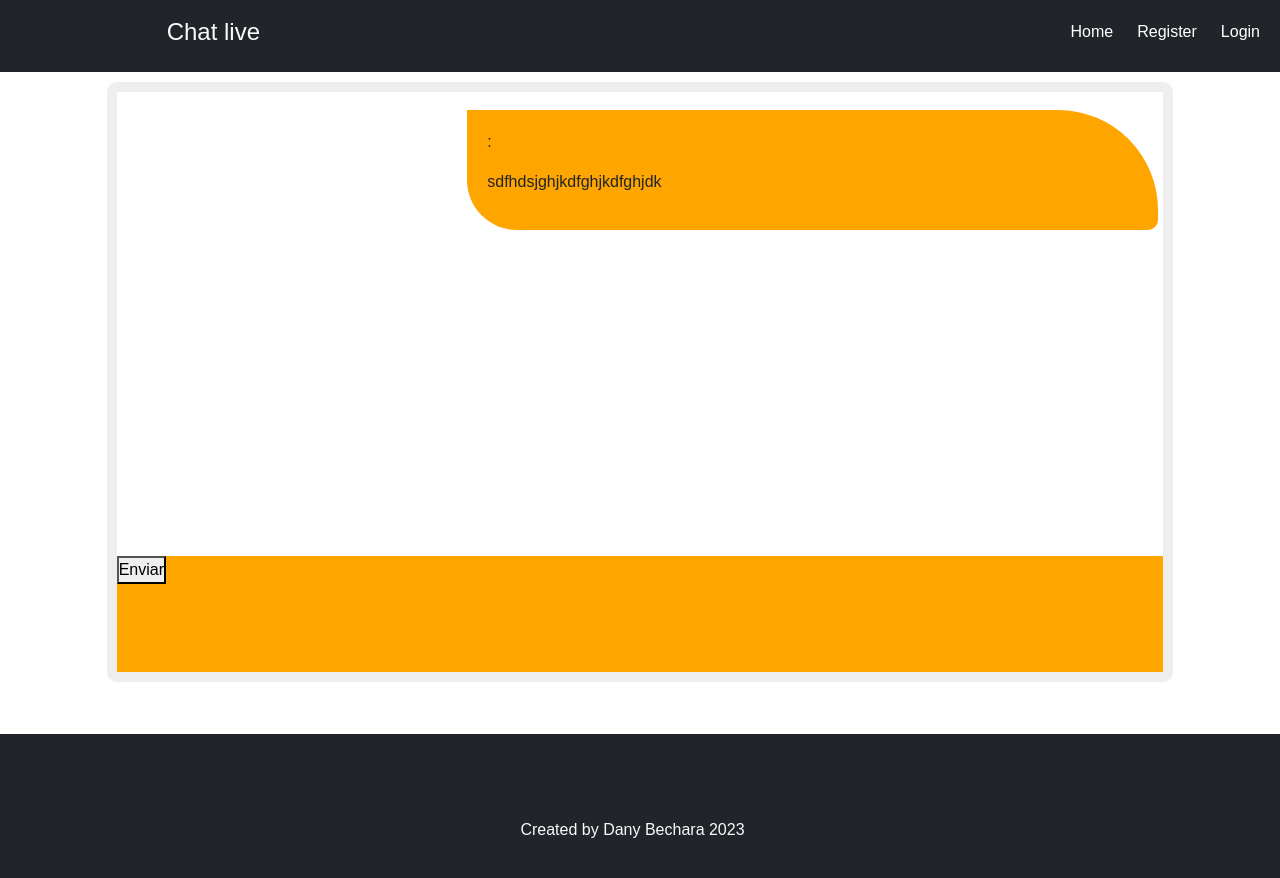
Repository: bechara611/chatv2
Page: /chat
The author's editor kept a copy of each file at every save. The page is drawn from the files as they stood at one save, then again after the next save.
The browser window is 1280 px wide. The pictures show the whole page.
The page's requests for data from a server got no answer. The project was rebuilt for these pictures with package versions that can differ from the ones it lists, and the page was loaded fresh each time. Some packages were replaced by stand-ins written for this rebuild. No one was signed in, and anything a server would have sent is missing. Also part of the build but not shown: src/hooks/useForm.jsx, src/api/Instance.jsx, src/auth/hooks/useAuth.jsx, src/auth/components/login.jsx, src/auth/components/register.jsx, src/ui/components/Home.jsx, src/App.css.

Above is the page before, as saved 2023-03-15 17:44:54.

### src/index.js
import React from 'react';
import ReactDOM from 'react-dom/client';
import './index.css';
import { App2 } from './App';
import { BrowserRouter } from 'react-router-dom';
import 'bootstrap/dist/css/bootstrap.min.css'
import 'bootstrap/dist/js/bootstrap.bundle.js'
import 'animate.css'
import { Provider } from 'react-redux';
import { store } from './store/Store';
const root = ReactDOM.createRoot(document.getElementById('root'));
root.render(
  <Provider store={store}>
    <BrowserRouter>
      <App2 />
    </BrowserRouter>
  </Provider>
);

### src/index.css
*{
  font-family: 'Poppins',sans-serif;
}

### src/App.js
import React from 'react'
import { Rutas } from './Router/Routes';
import { Header } from './ui/components/Header';
import './App.css'
import { Footer } from './ui/components/Footer';
import { Caparazon } from './ui/components/Caparazon';
import { ContenedorPrincipal } from './ui/components/ContenedorPrincipal';

export const App2 = () => {
  return (
    <>
      <Caparazon>
        <Header></Header>
        <ContenedorPrincipal> {/*El contenedor principal a su vez lleva sus hijos dos elementos, el footer que le pusimos absolute para ubicarlo de ultimo y el MainCuerpo que tienes las rutas */}
          <Rutas></Rutas>{/*Este MainCuerpo tiene las rutas de la aplicacion, es el main de la pagina y lo que va a cambiar dependiendo donde estemos */}
          <div className='mb-5 pb-5'></div>

          <Footer></Footer>  {/*Este es el footer que utilizamos para el pie de pagina, tiene posicion absolute como dije anteriormnete */}
        </ContenedorPrincipal>


      </Caparazon>
    </>
  )
}

### src/store/Store.js
import { configureStore } from "@reduxjs/toolkit";
import { AuthSlice } from "../auth/slices/authSlice";
import chatSlice from "../chat/slices/chatSlice";


export const store = configureStore({
    reducer:{
        auth:AuthSlice.reducer,
        chatSlice:chatSlice.reducer
    },
    middleware:(middleware)=>{
        return middleware({
            serializableCheck:false,
        })
    }

})

### src/Router/Routes.jsx
import React from 'react'
import { Navigate, Route, Routes } from 'react-router-dom'
import { Login } from '../auth/components/login'
import { Register } from '../auth/components/register'
import { Chat } from '../chat/components/Chat'
import { Home } from '../ui/components/Home'

export const Rutas = () => {

    return (

        <Routes>
            <Route path='/' element={<Home></Home>}></Route>
            <Route path='/login' element={<Login></Login>}></Route>
            <Route path='/register' element={<Register></Register>}></Route>
            <Route path='/chat' element={<Chat></Chat>}></Route>
            <Route path='/*' element={<Navigate to={'/'}></Navigate>}></Route>
        </Routes>

    )
}

### src/ui/components/Header.jsx
import React, { useEffect } from 'react'
import { useDispatch, useSelector } from 'react-redux';
import { NavLink, useNavigate } from 'react-router-dom'
import { logout } from '../../auth/slices/authSlice';
import './Header.css'
export const Header = () => {
  const navegar= useNavigate()
  const authState = useSelector((state)=>state.auth);
  const dispatch = useDispatch();
  useEffect(() => {


    return () => {

    }
  }, [])

  return (
    <>

      <div className=" bg-dark contenedor-header col-12">
        <div className="titulo-header col-sm-4 col-12">
          <h4 className='text-light'>Chat live</h4>

        </div>
        <div className="col-sm-8 col-12  contenedor-menu">
          <nav className=' m-2 nav'>

            <NavLink className={ ({isActive}) => `item-menu  ${ isActive ? 'activeLink':'' }` } to={'/'} >Home</NavLink>
            {
              authState.token && authState.name && authState.email ?
              <NavLink className={ ({isActive}) => `item-menu  ${ isActive ? 'activeLink':'' }` } to={'/chat'} >Chat</NavLink>
              :<></>
            }

            <NavLink className={ ({isActive}) => `item-menu  ${ isActive ? 'activeLink':'' }` } to={'/register'} >Register</NavLink>
            {authState.token && authState.name && authState.email ?
              <NavLink className={ ({isActive}) => `item-menu  }` } to={'/login'} onClick={()=>{
                localStorage.removeItem('email')
                localStorage.removeItem('token')
                localStorage.removeItem('name')

                navegar('/login')
                dispatch(logout())
              }} >Logout</NavLink>
              :
              <NavLink className={ ({isActive}) => `item-menu  ${ isActive ? 'activeLink':'' }` } to={'/login'} >Login</NavLink>
            }

            </nav>
        </div>




      </div>
    </>

  )
}

### src/ui/components/Footer.jsx
import React from 'react'
import './Footer.css'


let linkdn="https://linkedin.com/in/DanyBechara";
let correo="mailto:bechara611@gmail.com";
let blank='_blank';
let github='https://github.com/bechara611';
let whatssap='https://wa.me/584120361952';

export const Footer = () => {
  return (
    <>

      {/*Aca este footer le estamos colocando una posicion absolute y a su padre relativa para poder ubicarlo al final de su div padre */}
      <div className="footer  col-12  mt-2 bg-dark">
      <a href={linkdn} target={blank} className='animate__animated animate__lightSpeedInLeft'><i className=" linkdin fa-brands fa-linkedin iconoRedes"></i></a>
      <a href={whatssap} target={blank}  className='animate__animated animate__lightSpeedInLeft'><i className="whatssap fa-brands fa-whatsapp iconoRedes"></i></a>
      <a href={correo} target={blank}  className='animate__animated animate__lightSpeedInLeft'><i className="gmail fa-solid  fa-envelope iconoRedes"></i></a>
      <a href={github} target={blank}  className='  animate__animated animate__lightSpeedInLeft'><i className=" github fa-brands fa-github iconoRedes"></i></a>

     <div className="col-12 contenedor-mensaje-footer mt-1">
     <div className="col-12 contenedor-mensaje-footer">
     <p className='mensaje text-light'>Created by Dany Bechara {new Date().getFullYear().toString()}</p>
     </div>

     </div>
      </div>
    </>

  )
}

### src/ui/components/Caparazon.jsx
import React from 'react'
import './Caparazon.css'
export const Caparazon = ({ children }) => {
    return (
        <>
{/*Caparazon princiapal donde el mismo tiene un flex en colum, adentro tiene sus hijos que son un div que
ocupe el 70vh donde eesta todo lo demas y el 30vh primero es del header */}
            <div className='caparazonPrincipal '>

                {children}

            </div>
        </>
    )
}

### src/ui/components/ContenedorPrincipal.jsx
import React from 'react'
import './ContenedorPrincipal.css'
export const ContenedorPrincipal = ({ children }) => {
  return (
    <div className='ContenedorPrincipal'>
    {/*Aca de hijos tendran las rutas para verse en el medio y el footer, este tiene un position relative para que su hijo footer pueda
  ubicarse en la parte de abajo */}
      {children}
    </div>
  )
}

### src/auth/slices/authSlice.js
import { createSlice } from "@reduxjs/toolkit";


export const AuthSlice = createSlice({
    name: 'auth',
    initialState: {
        name: localStorage.getItem('name') || null,
        email: localStorage.getItem('email') || null,
        token: localStorage.getItem('token') || null
    },
    reducers: {
        login: (state, { payload }) => {
            state.name=payload.name;
            state.email=payload.email;
            state.token=payload.token

        },
        logout:(state,{payload})=>{
            state.name=null;
            state.email=null;
            state.token=null;
        },
    }
})

export const {mostrar,logout,login} = AuthSlice.actions;

### src/chat/slices/chatSlice.js
import { createSlice } from "@reduxjs/toolkit";

const initialState={
    mensajes:[{name:'',mensaje:'',fecha:'',email:''}],
    conectados:[],
}

const chatSlice = createSlice({
    name:'chatSlice',
    initialState,
    reducers:{
        pushConectadosSlice :(state,{payload})=>{
            state.conectados=payload
        },
        pushMensajesSlice:(state,{payload})=>{
            state.mensajes=payload
        },
    }
})

export default chatSlice
export const {pushConectadosSlice,pushMensajesSlice} = chatSlice.actions

### src/chat/components/Chat.jsx

import { io } from "socket.io-client";
import React, { useEffect, useRef, useState } from 'react'
import './chat.css'
import { getUnixTime } from "date-fns";
import { useDispatch, useSelector } from "react-redux";
import { pushConectadosSlice, pushMensajesSlice } from "../slices/chatSlice";
import { Mensaje } from "./Mensaje";

const socket = io(process.env.REACT_APP_BACKEND, { //ruta del backend
    'extraHeaders': {
        'token': localStorage.getItem('token'),
        'email': localStorage.getItem('email'),
        'nombre': localStorage.getItem('name'),
    }
})
export const Chat = () => {


    const mensajesEstado = useSelector(state => state.chatSlice)
    const dispatch = useDispatch();

    useEffect(() => {

        socket.on('connect', () => { })
        socket.on('NuevoIntegrante', (payload) => {
            //TODO aca debes colocarle al slice y al estado los nuevos integrantes
            dispatch(pushConectadosSlice(payload))
            console.log(payload)
        })
        //?recibir mensajes
        socket.on('recibirTodosMensajes', (payload) => {
            //TODO colocar en el slice los mensajes
            dispatch(pushMensajesSlice(payload))
            console.log(payload)
        })
    }, [])





    //?metodo para enviar mensajes

    const EnviarMensajes = () => {
        let mensaje = {
            name: localStorage.getItem('name'),
            mensaje: 'Mensaje nuevo ',//TODO ponle el estado de mensaje
            fecha: getUnixTime(new Date()),
            email: 'bechara612@gmail.com'
        }
        socket.emit('recibiMensaje', mensaje)

    }



    //TODO FIN SOCKET

    const referenciaDiv = useRef();
    const referenciaDiv2 = useRef();
    useEffect(() => {

        referenciaDiv2.current.scrollTop = referenciaDiv2.current.scrollHeight;
    }, [])
    useEffect(() => {


        referenciaDiv2.current.scrollTop = referenciaDiv2.current.scrollHeight;
    }, [mensajesEstado])

    return (
        <>
            <div className="col-12 chat2 " ref={referenciaDiv}>
                <div className="col-10 hijoChat">
                    <div className="col-12 parteMensajes" ref={referenciaDiv2} >
                        {
                            mensajesEstado.mensajes.map((mensaje, index) => {
                                return <Mensaje mensaje={mensaje}></Mensaje>
                            })
                        }
                    </div>
                    <div className="col-12 parteInputs">
                    <button onClick={() => { EnviarMensajes() }}>Enviar</button>
                    </div>
                </div>
            </div>


        </>

    )
}

### src/ui/components/Header.css
.contenedor-header{
    display: flex;
    flex-direction: row;
    flex-wrap: wrap;
    min-height: 10vh;
}
.titulo-header{
    text-align: center;
    padding: 5px;
    display: flex;
    flex-direction: row;
    justify-content: center;
    align-items: center;
    align-self: center;
}
.contenedor-menu{
    display: flex;
    flex-direction: row;
    flex-wrap: nowrap;
    justify-content: flex-end;

}
.item-menu{
   margin: 5px;
   text-decoration: none;
   color: white;
  transition: all 1s ease;
   padding: 7px;
   border-radius: 20px;
}
.activeLink{
    background: rgb(40, 139, 196);
}
.item-menu:hover{
    text-decoration: none;
    background: rgb(40, 139, 196);
    color: white;
}

@media(max-width:577px){
.contenedor-menu{
        justify-content: center;
        text-align: center;
        align-self: center;
        align-items: center;
        flex-wrap: nowrap;
    }
    .nav{
        justify-content: center;
        text-align: center;
        align-self: center;
        align-items: center;
        flex-wrap: nowrap;
    }
    .item-menu{
    padding: 0px;
    }
}

### src/ui/components/Footer.css


.footer {

    background: rgb(209, 102, 102,.1);
    position: absolute;
    bottom: 0%;
    display: flex;
    flex-direction: row;
    justify-content: center;
    text-align: center;
    align-items: center;
    justify-items: center;
    flex-wrap: wrap;

}


.iconoRedes {
    font-size: 40px;
    padding-left: 10px;
    margin: 5px;

}

.github:hover {
    color: #4b3074;

}
.github{
    color: #6e5494;
}

.whatssap:hover {
    color: #0c903c;
}
.whatssap{
    color: #25d366;

}

.gmail:hover {
    color: #e65f5f;
}

.gmail{
    color: #cc0000;
}

.linkdin:hover {
    color: #0780ac;
}

.linkdin{
    color: #0377a1;
}

.contenedor-mensaje-footer {
    display: flex;
    flex-direction: row;
    justify-content: center;
    text-align: center;
    align-items: center;
    justify-items: center;
}

/*?RESPONSIVE*/

@media(max-width:255px) {
    .iconoRedes {
        font-size: 30px;
        padding-left: 5px;
    }

    .mensaje {
        font-size: 10px;
    }
}

### src/ui/components/Caparazon.css
/*Estilos del caparazon como tal principal*/
    /*Aca colocamos que el caparazonPrincipal ocupa toda la pantalla, y una direccion en column para que el header sea de 30vh y el resto el otro div  */
.caparazonPrincipal{
    display: flex;
    flex-direction: column;
    justify-content: space-between;
    min-height: 100vh;
  overflow-x: hidden;
  overflow-y: visible;
}

### src/ui/components/ContenedorPrincipal.css
/*Aca al contenedor ponemos positionRelative para que el footer pueda tener una posicion absoluta y se pueda posicionar al final*/
.ContenedorPrincipal{
    min-height: 90vh;

    position: relative;
}

### src/auth/components/login.css
*,
*:before,
*:after{
    padding: 0;
    margin: 0;
    box-sizing: border-box;
}

.social{
  display: flex;
  flex-direction: row;
  justify-content: center;
}
.contenedor-loginRegistro{

  margin-top: 5px;
  display: flex;
  flex-direction: row;
  justify-content: center;
  align-items: center;
}

  .formularioLoginRegister{

    background-color: rgb(29, 29, 29,.6);
    top: 50%;
    left: 50%;
    border-radius: 10px;
    backdrop-filter: blur(10px);
    border: 2px solid rgba(255,255,255,0.1);
    box-shadow: 0 0 10px rgba(142, 201, 228, 1);
    padding: 10px 15px;
}
.formularioLoginRegister *{

    color: #ffffff;
    letter-spacing: 0.5px;
    outline: none;
    border: none;
}
.formularioLoginRegister h3{
    font-size: 32px;
    font-weight: 500;
    line-height: 42px;
    text-align: center;
}

.labelLoginRegister{
    display: block;
    margin-top: 30px;
    font-size: 16px;
    font-weight: 500;
}
.inputLoginRegister{
    display: block;
    height: 45px;
    width: 100%;
    background-color: rgba(255,255,255,0.07);
    border-radius: 3px;
    padding: 0 5px;
    margin-top: 8px;
    font-size: 14px;
    font-weight: 300;

}
::placeholder{
    color: #e5e5e5;
}
.btnLoginRegister{
    margin-top: 50px;
    width: 100%;
    background-color: #ffffff;
    color: #080710;
    padding: 5px 0;
    font-size: 18px;
    font-weight: 600;
    border-radius: 5px;
    cursor: pointer;

}
.btnLoginRegister:hover{
  background: #94b1dd;;
}
.social{
  margin-top: 30px;
  display: flex;
  cursor: pointer;
}
.social div{
  background: red;
  width: 150px;
  border-radius: 3px;
  padding: 5px 10px 10px 5px;
  background-color: rgba(55, 135, 184, 0.67);
  color: #eaf0fb;
  text-align: center;
  cursor: pointer;
}
.social div:hover{
  background-color: rgba(255,255,255,0.47);
}
.social .fb{
  margin-left: 25px;
}
.social i{
  margin-right: 4px;
}

### src/chat/components/chat.css
.chat {
    background: red;
    width: 100vw;
    height: 300px;
    overflow: scroll;
    margin-top: 1000px;

}

.chat2 {

    width: 100vw;
    height: 600px;
    overflow: auto;
    margin-top: 10px;
    margin-bottom: 10px;
    justify-content: center;
    display: flex;
    margin-bottom: 100px;
}

.hijoChat {
border: 10px solid rgb(173, 171, 171,.2);
border-radius: 10px;
    height: 600px;
    display: flex;
    flex-wrap: wrap;
    overflow-x: hidden;
}

.parteMensajes{
overflow-y: hidden;
height:80%;
overflow: auto;

overflow-x: hidden;

}
.parteInputs{
    height: 20%;
background: orange;
}

### src/chat/components/Mensaje.jsx
import React from 'react'
import './Mensaje.css'
export const Mensaje = ({ mensaje, background }) => {
    // border-bottom-right-radius: 100px;
    // border-top-right-radius: 100px;
    // border-bottom-left-radius: 50px;
    return (
        <>
            <div className="col-12 contenedorMensajeInidividual" style={
                { justifyContent: mensaje.email === localStorage.getItem('email') ? 'flex-start' : 'flex-end'

            }

            } >
                <div className="mensaje col-8 " style={{
                    background: mensaje.email === localStorage.getItem('email') ? 'yellow' : 'orange',
                    borderBottomRightRadius: mensaje.email === localStorage.getItem('email') ? '100px' : '10px',
                    borderTopRightRadius: mensaje.email === localStorage.getItem('email') ? '0px' : '100px',
                }}>
                    <div className=" col-12">

                        <p>{mensaje.name}:</p>
                        <p>{mensaje.mensaje}sdfhdsjghjkdfghjkdfghjdk</p>
                    </div>
                </div>
            </div>

        </>
    )
}

### src/chat/components/Mensaje.css
.contenedorMensajeInidividual {
    display: flex;
    overflow-y: hidden;
    overflow-y: hidden;
    justify-content: flex-start;
    flex-direction: row;
    padding-left: 10px;
    padding-top: 8px;
    padding-bottom: 2px;
    margin: 10px;
}

.mensaje {

    text-align: justify;
    padding: 20px;
    border-bottom-right-radius: 100px;
    border-top-right-radius: 10px;
    border-bottom-left-radius: 50px;
    align-self: flex-end;
    align-items: flex-end;
    margin-right: 15px;

}

After the next save:
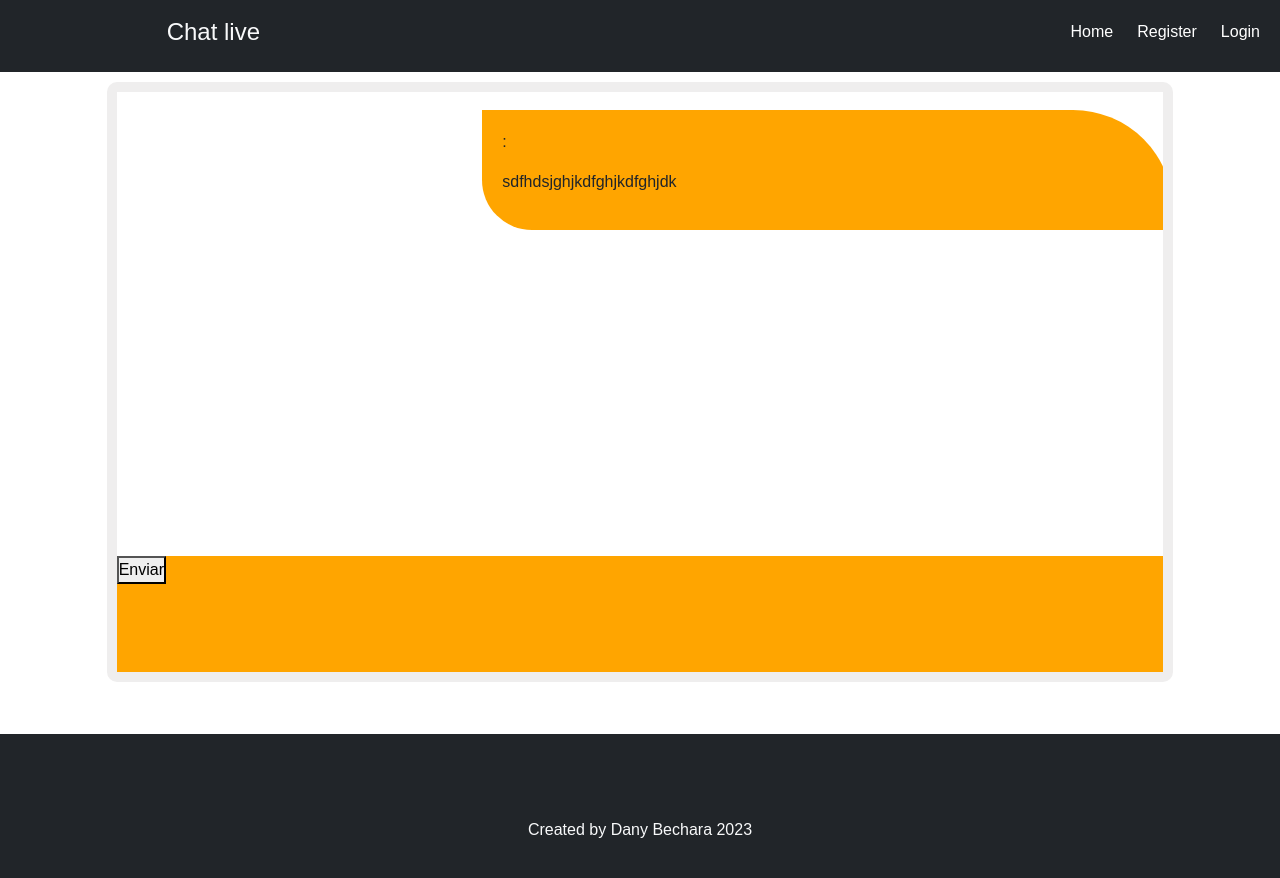
Saved 13 s later.
--- a/src/chat/components/Mensaje.css
+++ b/src/chat/components/Mensaje.css
@@ -19,6 +19,6 @@
     border-bottom-left-radius: 50px;
     align-self: flex-end;
     align-items: flex-end;
-    margin-right: 15px;
+
 
 }
